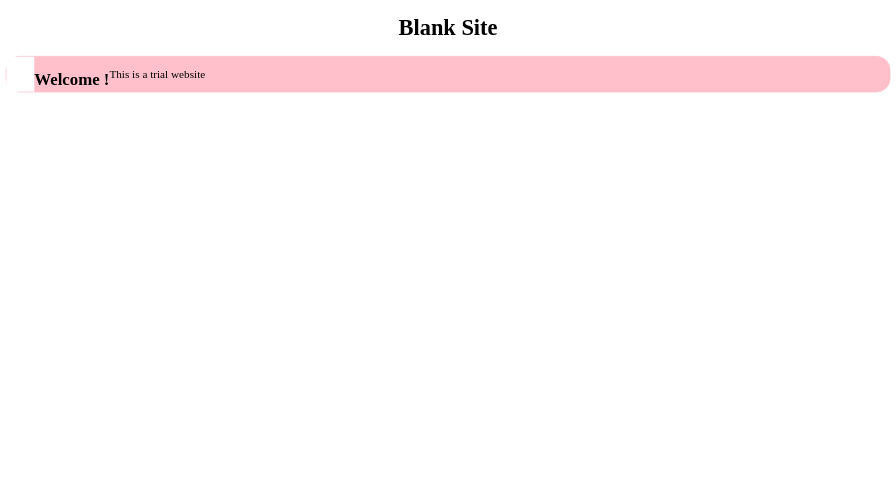
Repository: yhung004/Blank_Project
Page: index.html
An editor plug-in stored every save of this project. The page is shown before and after the next save, followed by the edit.
The browser window is 1280 px wide. The pictures show the part of the page from y = 0 to 1920 px (the page is 720 px tall before and 5090 px after), at 70% of full size.

Above is the page before, as saved 2024-04-04 00:03:59.

After the next save:
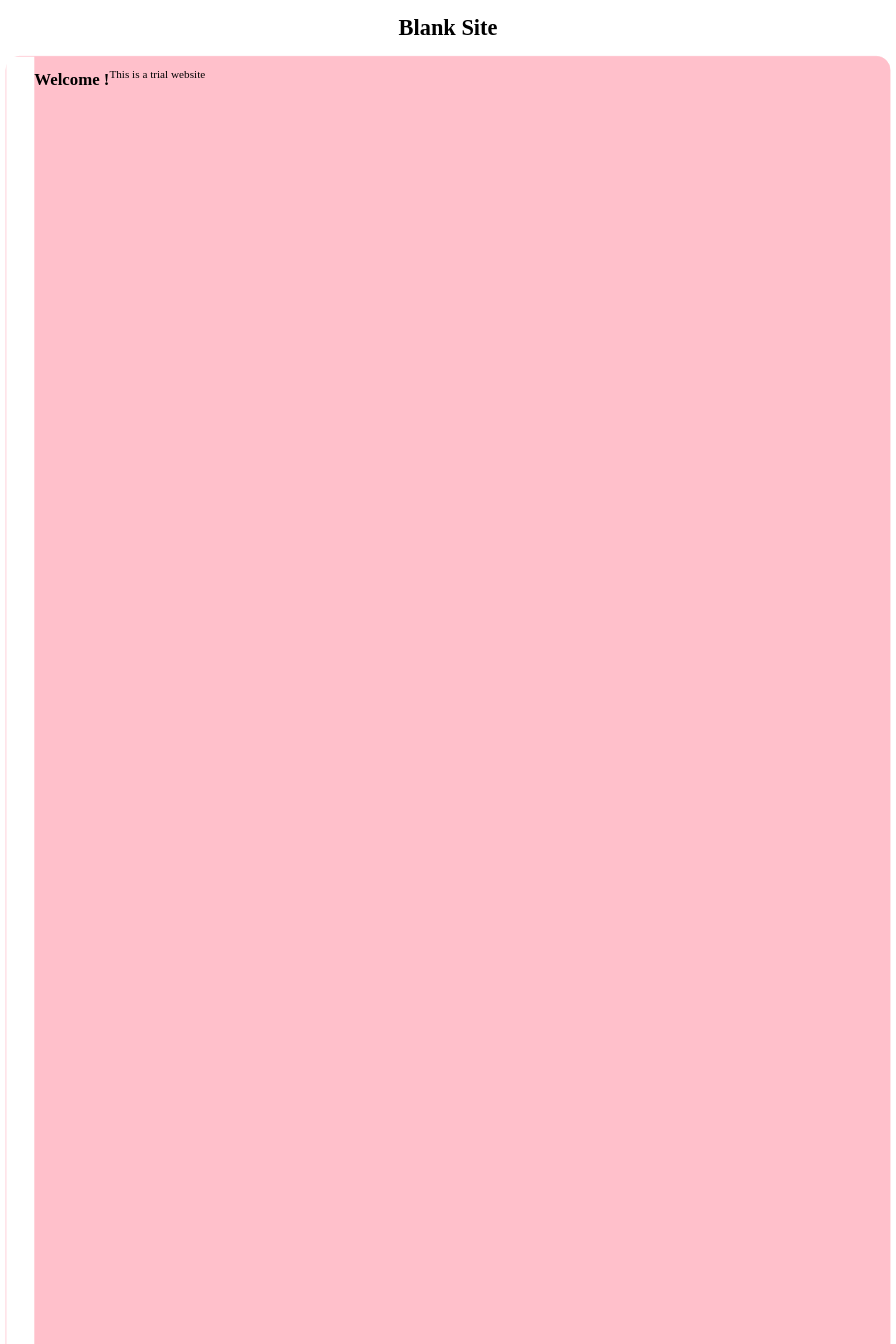
Saved 16 s later.
--- a/index.css
+++ b/index.css
@@ -7,7 +7,7 @@ div.main {
     border: 1px solid pink;
     border-radius: 20px;
     display:flex;
-    max-height:50px;
+    height:5000px;
 }
 div.main2 {
     background-color:white;
